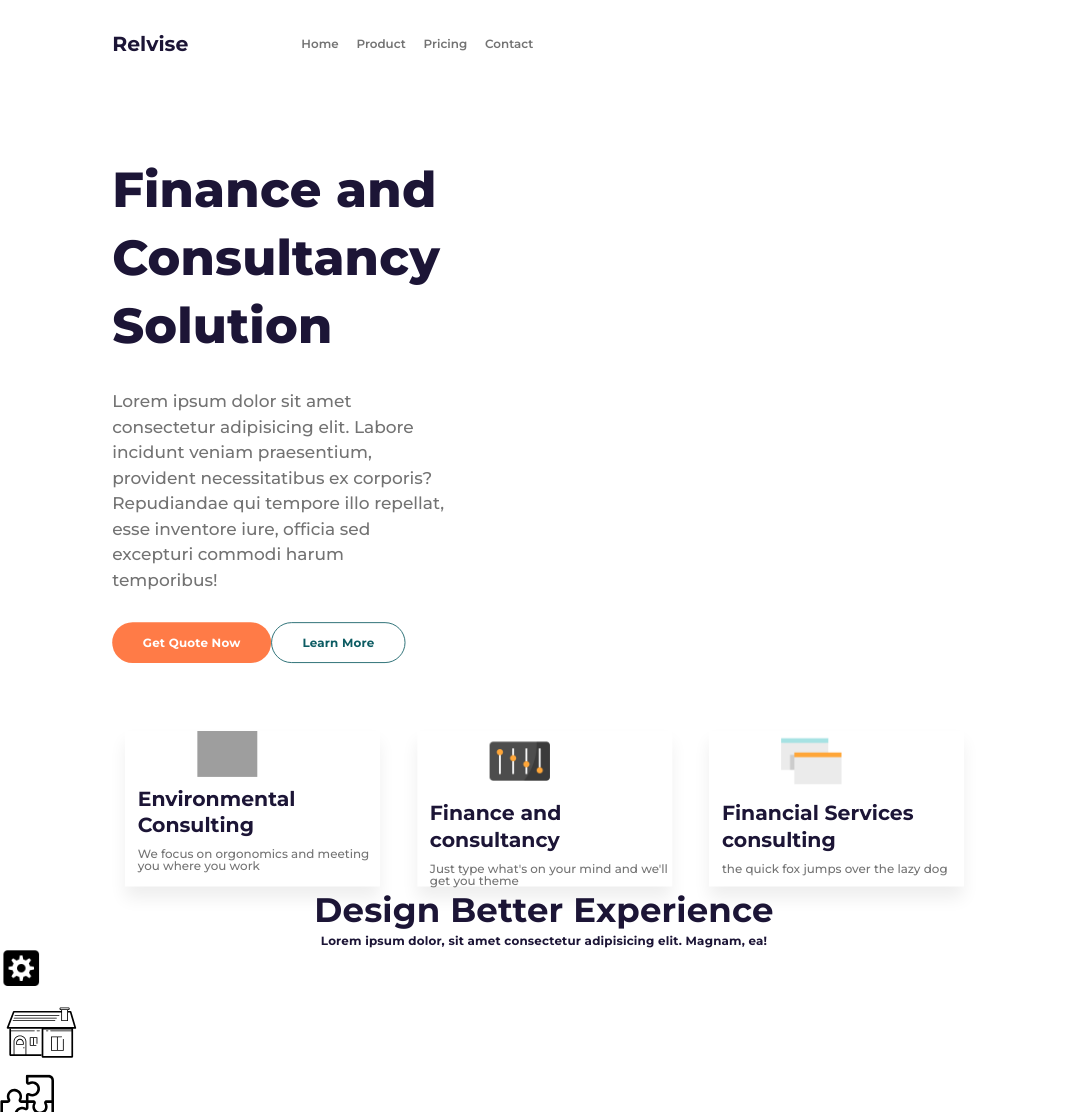
Repository: usalokiN/simple-project
Page: index.html
The author's editor kept a copy of each file at every save. The page is drawn from the files as they stood at one save, then again after the next save.
The browser window is 1280 px wide. The pictures show the part of the page from y = 0 to 1308 px (the page is 1628 px tall before and 1638 px after), at 85% of full size.
Pictures or frames that could not be fetched are drawn as grey boxes. A picture or video elsewhere on the page could not be fetched, so the positions and the page height are approximate.

Above is the page before, as saved 2022-01-17 13:39:29.

### index.html
<!DOCTYPE html>
<html lang="en">

<head>
    <meta charset="UTF-8">
    <meta http-equiv="X-UA-Compatible" content="IE=edge">
    <meta name="viewport" content="width=device-width, initial-scale=1.0">
    <link rel="stylesheet" href="https://fonts.googleapis.com/css?family=Montserrat:regular,500,600,700,800&display=swap">
    <link rel="stylesheet" href="css/style.css">
    <meta author="NikoDyachenko">
    <title>Simple project</title>


</head>

<body>
    <div class="wrapper">
        <header class="header">
            <div class="header__container _container">
                <a href="" class="header__logo">
                    Relvise
                </a>
                <nav class="header__menu menu">
                    <ul class="menu__list">
                        <li class="menu__item">
                            <a href="" class="menu__link">Home</a>
                        </li>
                        <li class="menu__item">
                            <a href="" class="menu__link">Product</a>
                        </li>
                        <li class="menu__item">
                            <a href="" class="menu__link">Pricing</a>
                        </li>
                        <li class="menu__item">
                            <a href="" class="menu__link">Contact</a>
                        </li>
                    </ul>
                </nav>
            </div>
    </div>
    </header>
    <main class="page">
        <div class="page__main-block main-block">
            <div class="main-block_containter _container">
                <div class="main-block__body">
                    <h1 class="main-block__title">Finance and Consultancy Solution</h1>
                    <div class="main-block__text">Lorem ipsum dolor sit amet consectetur adipisicing elit. Labore incidunt veniam praesentium, provident necessitatibus ex corporis? Repudiandae qui tempore illo repellat, esse inventore iure, officia sed excepturi commodi harum temporibus!

                    </div>
                    <div class="main-block__buttons">
                        <a href="" class="main-block__button main-block__button_orange">Get Quote Now</a>
                        <a href="" class="main-block__button main-block__button_border">Learn More</a>

                    </div>
                </div>
            </div>
        </div>
        <div class="main-block__image">
            <!-- <img src="" alt="cover"> -->
        </div>
        <section class="page__services services">
            <div class="services__conateiner _container">
                <div class="services__body">
                    <div class="services__column">
                        <div class="services__item item-service">
                            <div class="item-service__icon"><img src="img/icon-block1.png" alt="Environmental Consulting"></div>
                            <div class="item-service__title">Environmental Consulting</div>
                            <div class="item-service__text">We focus on orgonomics and meeting you where you work</div>

                        </div>
                    </div>
                    <div class="services__column">
                        <div class="services__item item-service">
                            <div class="item-service__icon"><img src="img/icon-block2.png" alt="Environmental Consulting"></div>
                            <div class="item-service__title">Finance and consultancy</div>
                            <div class="item-service__text">Just type what's on your mind and we'll get you theme</div>

                        </div>
                    </div>
                    <div class="services__column">
                        <div class="services__item item-service item-service__third-block">
                            <div class="item-service__icon"><img src="img/icon-block3.png" alt="Environmental Consulting"></div>
                            <div class="item-service__title">Financial Services consulting</div>
                            <div class="item-service__text">the quick fox jumps over the lazy dog</div>

                        </div>
                    </div>
                </div>
            </div>
        </section>
        <section class="page__advantages advantages">
            <div class="advantages__container _container">
                <div class="advantages__header header-block">
                    <h2 class="header-block__title">Design Better Experience</h2>
                    <div class="header-block__sub-title">Lorem ipsum dolor, sit amet consectetur adipisicing elit. Magnam, ea!</div>

                </div>
            </div>
            <div class="advantages__body">
                <div class="advantages__column">
                    <div class="advantages__item">
                        <div class="advatages__icon"><img src="img/icons8-автоматический-50.png" alt=""></div>
                        <div class="advatages__value"></div>
                        <div class="advatages__text"></div>


                    </div>
                </div>
            </div>
            <div class="advantages__body">
                <div class="advantages__column">
                    <div class="advantages__item">
                        <div class="advatages__icon"><img src="img/icons8-главная.svg" alt=""></div>
                        <div class="advatages__value"></div>
                        <div class="advatages__text"></div>


                    </div>
                </div>
            </div>
            <div class="advantages__body">
                <div class="advantages__column">
                    <div class="advantages__item">
                        <div class="advatages__icon"><img src="img/icons8-головоломка.svg" alt=""></div>
                        <div class="advatages__value"></div>
                        <div class="advatages__text"></div>


                    </div>
                </div>
            </div>
            <div class="advantages__body">
                <div class="advantages__column">
                    <div class="advantages__item">
                        <div class="advatages__icon"><img src="img/icons8-звезда-50.png" alt=""></div>
                        <div class="advatages__value"></div>
                        <div class="advatages__text"></div>


                    </div>
                </div>
            </div>

        </section>
    </main>
    <footer class="footer "></footer>
    </div>
</body>

</html>

### css/style.css
                    *,
                     ::before,
                     ::after {
                        padding: 0;
                        margin: 0;
                        bottom: 0;
                        box-sizing: border-box;
                    }

                    a {
                        text-decoration: none;
                    }

                    ul,
                    ol,
                    li {
                        list-style: none;
                    }

                    img {
                        vertical-align: top;
                    }

                    h1,
                    h2,
                    h3,
                    h4,
                    h5,
                    h6 {
                        font-weight: inherit;
                        font-style: inherit;
                    }

                    html,
                    body {
                        height: 100%;
                        line-height: 1;
                        font-size: 14px;
                        font-weight: 500;
                        color: rgb(28, 21, 54);
                        font-family: Montserrat;
                    }

                    .wrapper {
                        /* max-height: 100%; */
                        overflow: hidden;
                    }
                    /* ================================================================================== */

                    ._container {
                        max-width: 1046px;
                        margin: 0px auto;
                        padding: 0 15px;
                    }

                    ._ibg {
                        position: relative;
                    }

                    .ibg img {
                        position: absolute;
                        width: 100%;
                        height: 100%;
                        top: 0;
                        left: 0;
                        object-fit: cover;
                    }
                    /* ----------------------------------------HEADER------------------------------------------------------- */

                    .header-block {
                        text-align: center;
                        letter-spacing: 0.2px;
                        font-weight: 700;
                    }

                    .header-block__title {
                        line-height: 142%;
                        font-size: 40px;
                    }

                    .header-block__title:not(:last-child) {
                        margin: 0 0 0 0;
                    }

                    .header {
                        position: absolute;
                        width: 100%;
                        left: 0;
                        top: 0;
                        z-index: 50;
                    }

                    .header__container {
                        display: flex;
                        min-height: 104px;
                        align-items: center;
                    }

                    @media (max-width: 479px) {
                        .header__container {
                            min-height: 85px;
                        }
                    }

                    ._container {}

                    .header__logo {
                        font-size: 24px;
                        font-weight: 700;
                        color: inherit;
                    }

                    .header__menu {
                        margin: 0 0 0 133px;
                    }

                    @media (max-width: 992px) {
                        .header__menu {
                            margin: 0 0 0 80px;
                        }
                    }

                    @media (max-width: 762px) {
                        .header__menu {
                            margin: 0 0 0 40px;
                        }
                    }

                    @media (max-width: 479px) {
                        .header__menu {
                            margin: 0 0 0 20px;
                        }
                    }

                    .menu {
                        padding: 5px 0;
                    }

                    .menu__list {
                        display: flex;
                        flex-wrap: wrap;
                    }

                    .menu__item {}

                    .menu__item:not(:last-child) {
                        margin: 0 21px 0 0px;
                        /* Отступы у каждого кроме последнего элемента */
                    }

                    .menu__link {
                        color: #737373;
                        font-weight: 600;
                        line-height: calc(24/14 * 100%);
                        /*171% - процет отступа. Формула расчета при 14px шрифта*/
                    }

                    @media (max-width: 479) {
                        .menu__link {
                            font-size: 18px;
                        }
                    }
                    /* MAIN */

                    .page {
                        flex: 1 1 auto;
                    }
                    /* FOOTER */

                    .footer {}
                    /* MAIN-BLOCK */

                    .page__main-block {}

                    .main-block {
                        position: relative;
                        ;
                    }

                    .main-block_containter {}

                    ._container {}

                    .main-block__body {
                        padding: 184px 0px 191px 0px;
                        position: relative;
                        z-index: 2;
                        max-width: 400px;
                    }

                    .main-block__body>*:not(:last-child) {
                        margin: 0 0 35px 0;
                    }

                    .main-block__title {
                        font-size: 58px;
                        line-height: 137%;
                        font-weight: 800;
                        letter-spacing: 0.2px;
                    }

                    @media (max-width:497px) {
                        .main-block__title {
                            font-size: 42px;
                        }
                    }

                    .main-block__text {
                        color: #737373;
                        font-size: 20px;
                        line-height: 1.5;
                    }

                    .main-block__buttons {
                        display: inline-flex;
                        flex-wrap: wrap;
                        margin: -10px 0;
                    }

                    .main-block__button {
                        border-radius: 37px;
                        display: flex;
                        min-height: 48px;
                        justify-content: center;
                        align-items: center;
                        letter-spacing: 0.2px;
                        font-weight: 700;
                        line-height: 150%;
                        padding: 5px 36px;
                        text-align: center;
                        margin: 10px 0;
                    }

                    @media(max-width:479px) {
                        .main-block__button:not(:last-child) {
                            margin-right: 10px;
                        }
                    }

                    .main-block__button_orange {
                        background: #ff7b47;
                        color: #fff;
                    }

                    .main-block__button_border {
                        color: #0d5c63;
                        border: 1px solid #0d5c63;
                    }

                    .main-block__image {
                        position: absolute;
                        width: 100%;
                        height: 100%;
                        top: 0;
                        left: 0;
                    }

                    @media (max-width:1300px) {
                        .main-block__image img {
                            object-fit: right;
                        }
                    }

                    @media (max-width:992px) {
                        .main-block__image {
                            opacity: 0.5;
                        }
                    }
                    /* =================BLOCKS======================================= */

                    .page__services {
                        /* display: flex; */
                        margin: -111px 0 0 0;
                        position: relative;
                        z-index: 2;
                    }

                    .services {}

                    .services__conateiner {}

                    ._container {}

                    .services__body {}

                    @media(min-width:670px) {
                        .services__body {
                            display: flex;
                            margin: 0 -15px;
                            flex-wrap: wrap;
                            margin: 0 -15px -30px 0;
                        }
                    }

                    .services__column {
                        padding: 0 15px;
                        flex: 0 1 33.333%;
                        margin: 0 0 30px 0;
                    }

                    @media (min-width:670px) {
                        .services__column {}
                    }

                    @media (max-width:992px) {
                        .services__column {
                            flex: 0 1 50%;
                        }
                    }

                    .services__item {
                        box-shadow: 0 13px 19px rgb(0, 0, 0, 0.07);
                        background-color: white;
                        padding: 0 0 0 15px;
                        height: 100%;
                        width: 300px;
                    }

                    .services__item>*:not(:last-child) {
                        margin: 0 0 10px 0;
                    }

                    .item-service .item-service {}

                    .item-service__icon {
                        padding: 0 0 0 70px;
                    }

                    .item-service__icon img {
                        width: 33%;
                    }

                    .item-service__title {
                        font-weight: 700;
                        font-size: 24px;
                        line-height: 133%;
                    }

                    .item-service__text {
                        color: #737373;
                    }

                    .item-service__third-block {
                        /* background-color: #68e6f1; */
                    }
                    /* ----------------------------------------------------------------------- */

                    .page__advantages {}

                    .advantages {}

                    .advantages__container {}

                    ._container {}

                    .advantages__header {}

                    .header-block__sub-title {}

                    .advantages__body {}

                    .advantages__column {}

                    .advantages__item {}

                    .advatages__icon {}

                    .advatages__value {}

                    .advatages__text {}

After the next save:
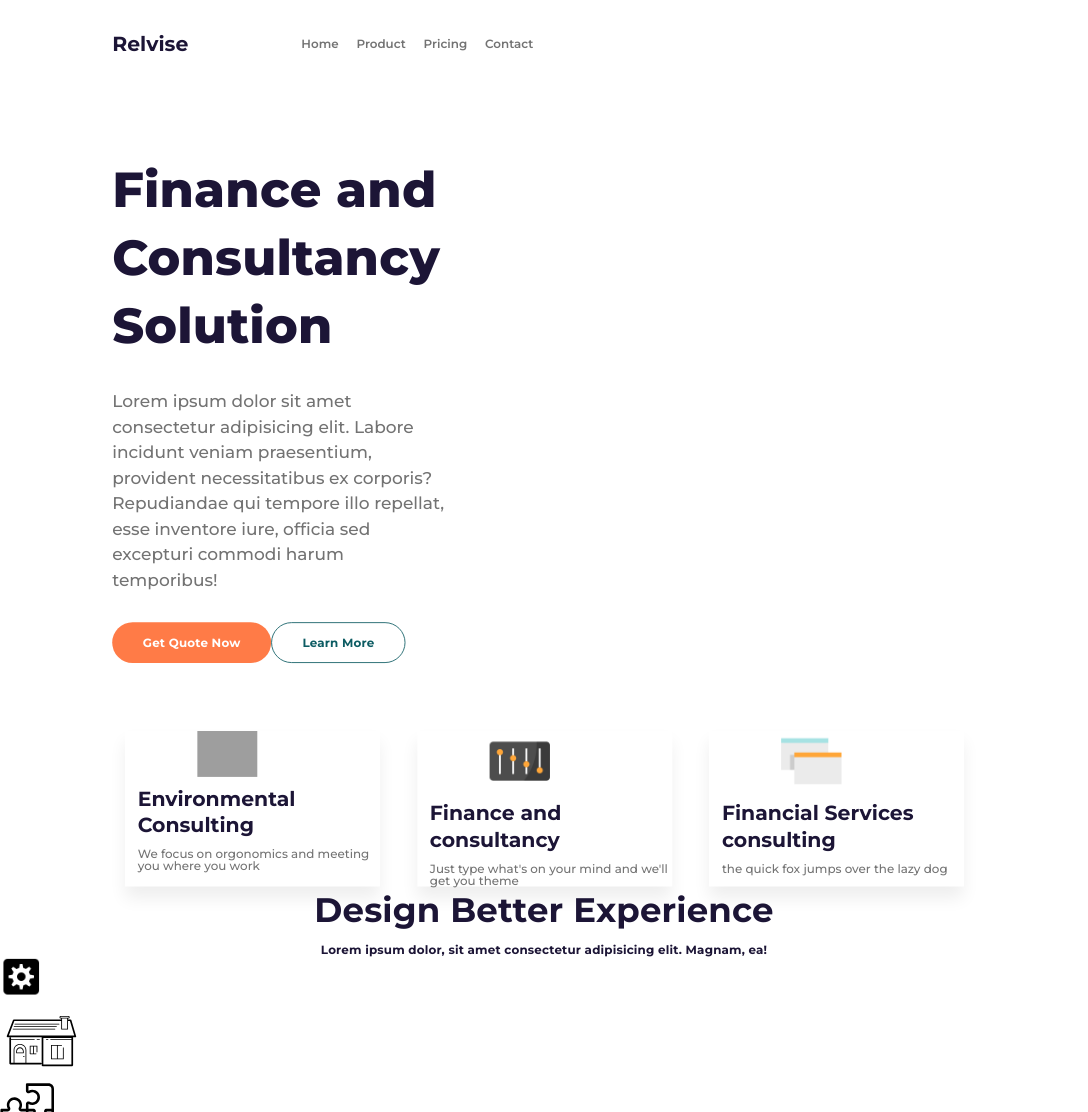
Saved 7 s later.
--- a/css/style.css
+++ b/css/style.css
@@ -79,7 +79,7 @@
                     }
 
                     .header-block__title:not(:last-child) {
-                        margin: 0 0 0 0;
+                        margin: 0 0 10px 0;
                     }
 
                     .header {
